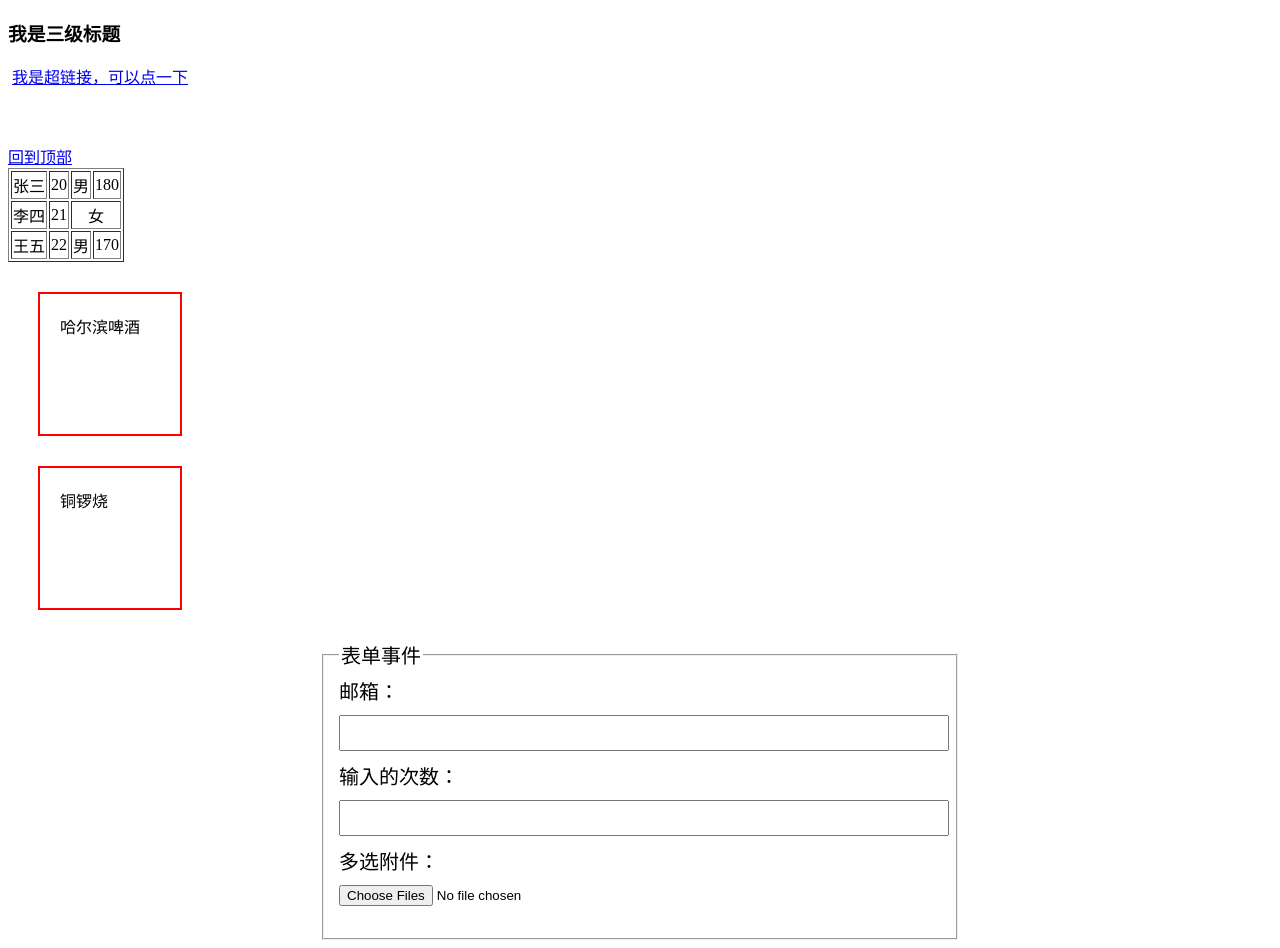
Repository: wyhzglgithub/mygitremote
Page: test.html
The author's editor kept a copy of each file at every save. The page is drawn from the files as they stood at one save, then again after a run of saves.
The browser window is 1280 px wide. The pictures show the whole page.

Above is the page before, as saved 2021-10-11 13:49:53.

After the next 5 saves:
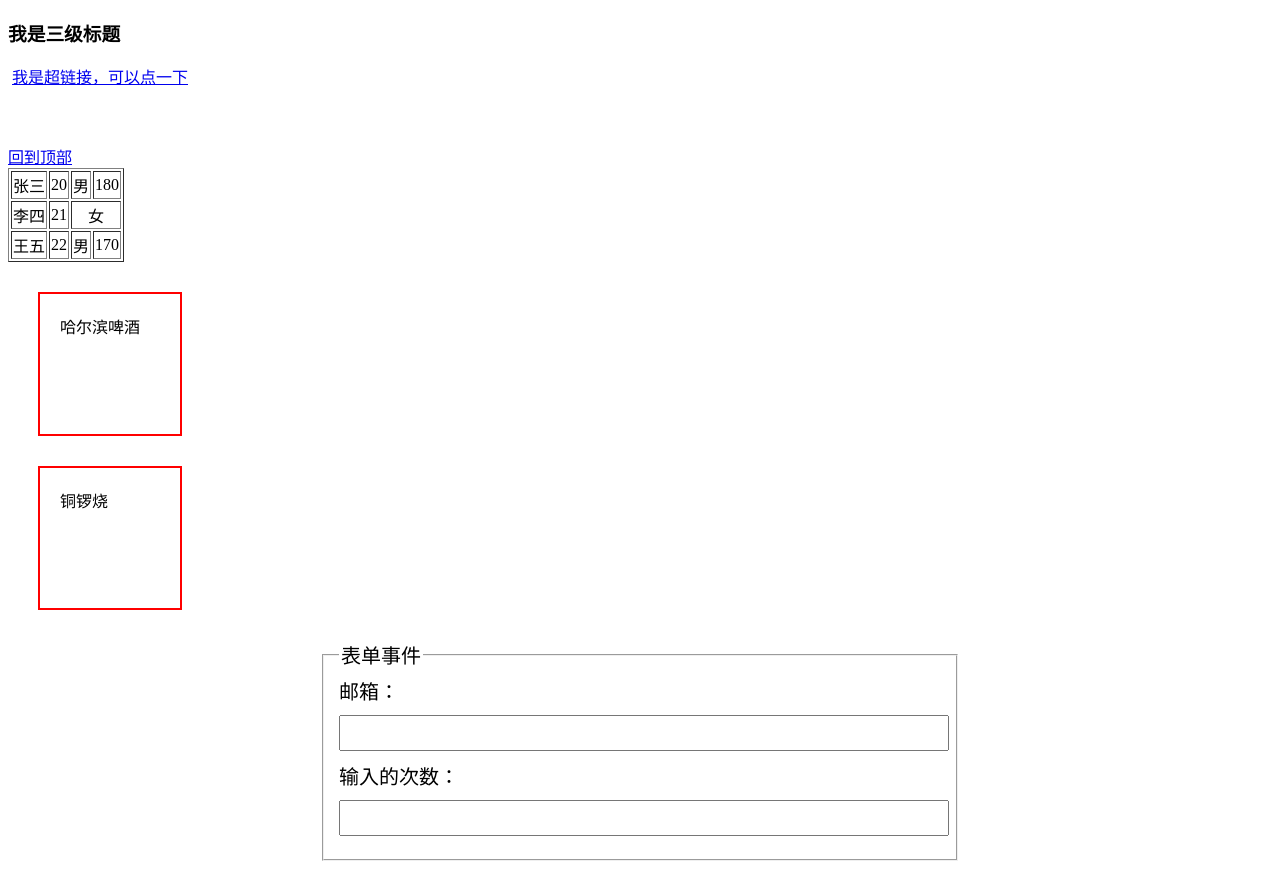
The 5 saves are shown as one change because they came seconds apart.
The last was saved 15 s later.
--- a/test.html
+++ b/test.html
@@ -74,9 +74,7 @@
             <label for="">
                 输入的次数：<input type="text" name="" id="txt2" />
             </label>
-            <label for="">
-                多选附件：<input type="file" multiple />
-            </label>
+            <s
 
         </fieldset>
     </form>
